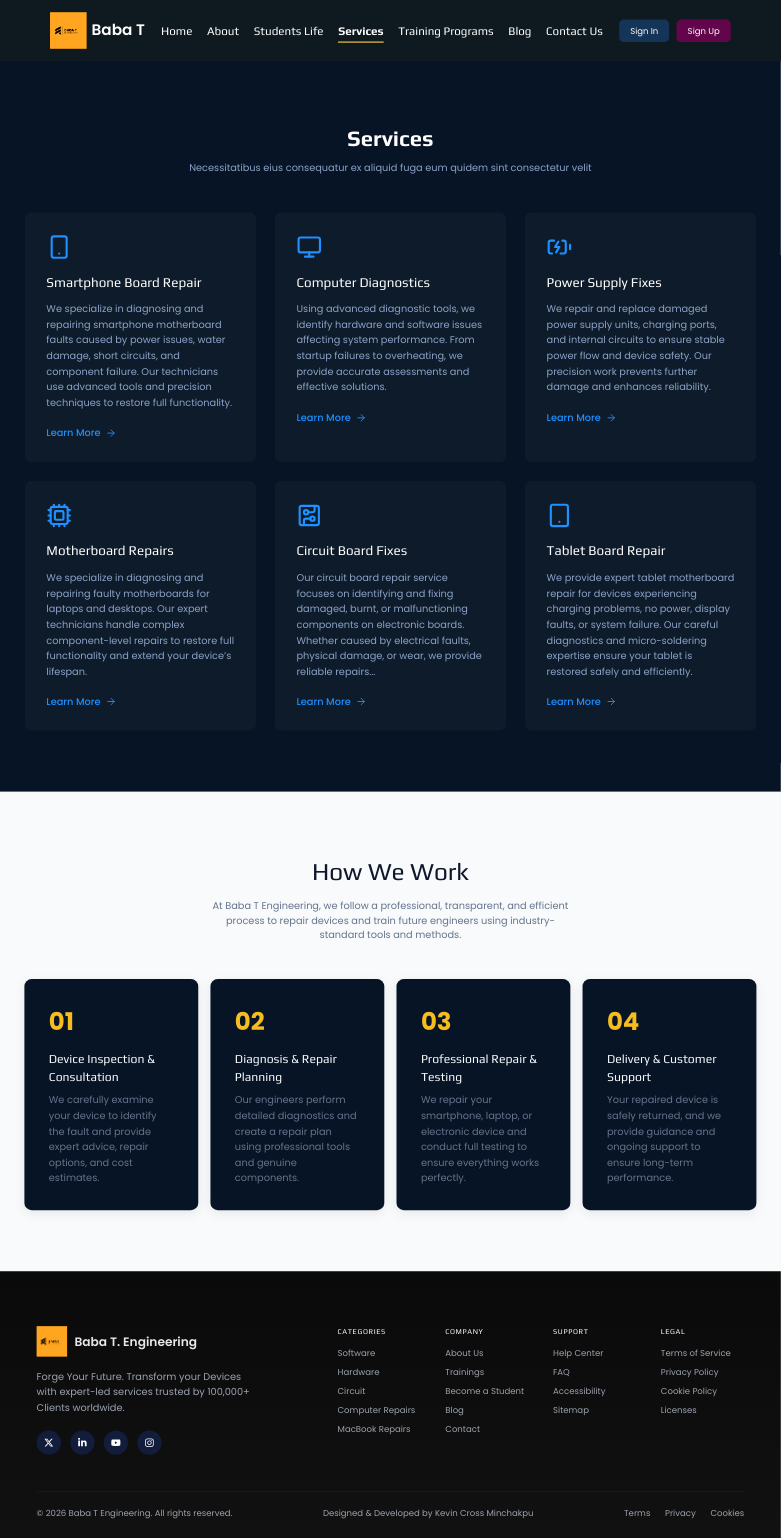
Repository: KC-Minchakpu/babatunde
Page: /services
These files come from the project's save history. The page is drawn as it stood at one moment and after the next save; the edit follows.
The browser window is 1280 px wide. The pictures show the whole page, at 61% of full size.
The project was rebuilt for these pictures with package versions that can differ from the ones it lists, and the page was loaded fresh each time. The framework's server and built-in components were replaced by stand-ins that run in the browser. Also part of the build but not shown: next.config.ts.

Above is the page before, as saved 2026-02-21 13:39:21.

After the next save:
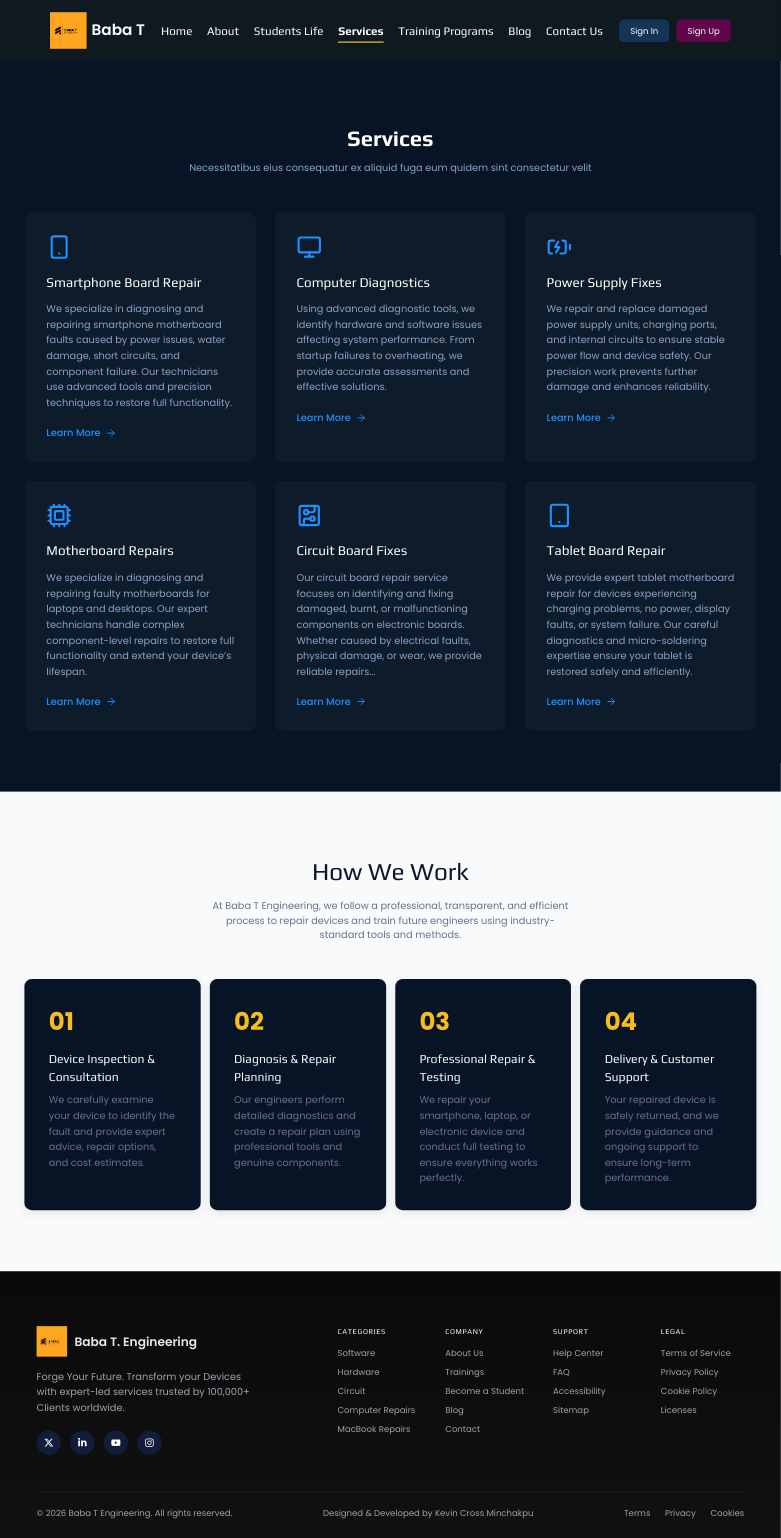
Saved 22 s later.
--- a/src/components/Services/HowWeWork.module.css
+++ b/src/components/Services/HowWeWork.module.css
@@ -35,8 +35,8 @@ margin: auto;
 
 .grid {
 display: grid;
-grid-template-columns: repeat(auto-fit, minmax(285px, 1fr));
-gap: 20px;
+grid-template-columns: repeat(auto-fit, minmax(280px, 1fr));
+gap: 15px;
 }
 
 .card {
